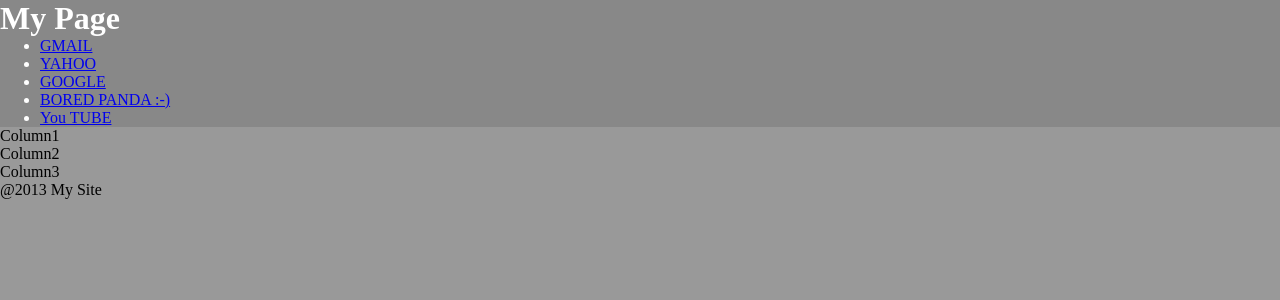
Repository: ShubhankarRaj/JavaCodingPractise
Page: Eclipse Workspace/myProject/src/htmlFiles/First.html
An editor plug-in stored every save of this project. The page is shown before and after the next save, followed by the edit.
The browser window is 1280 px wide. The pictures show the whole page.

Above is the page before, as saved 2014-06-03 19:07:24.

After the next save:
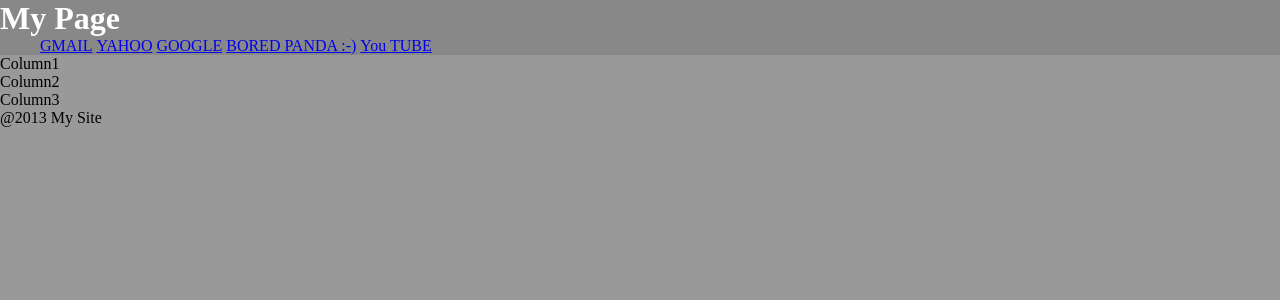
Saved 2 min 52 s later.
--- a/Eclipse Workspace/myProject/src/htmlFiles/main.css
+++ b/Eclipse Workspace/myProject/src/htmlFiles/main.css
@@ -15,3 +15,8 @@ header h1{
 nav ul{
 	margin:0;
 }
+
+nav ul li{
+	display: inline-block;
+	line-style-type: none;
+}
